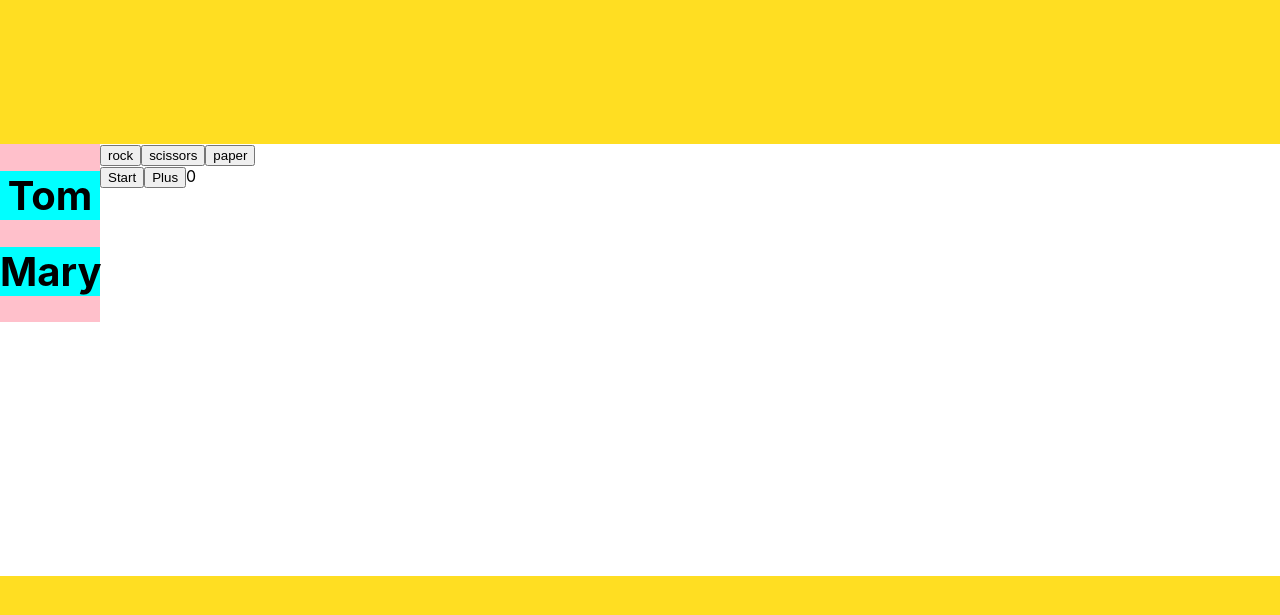
Repository: K009/Rock-Paper-Scissors
Page: /
An editor plug-in stored every save of this project. The page is shown before and after the next save, followed by the edit.
The browser window is 1280 px wide. The pictures show the whole page.
The project was rebuilt for these pictures with package versions that can differ from the ones it lists, and the page was loaded fresh each time.

Above is the page before, as saved 2020-05-13 08:47:35.

After the next save:
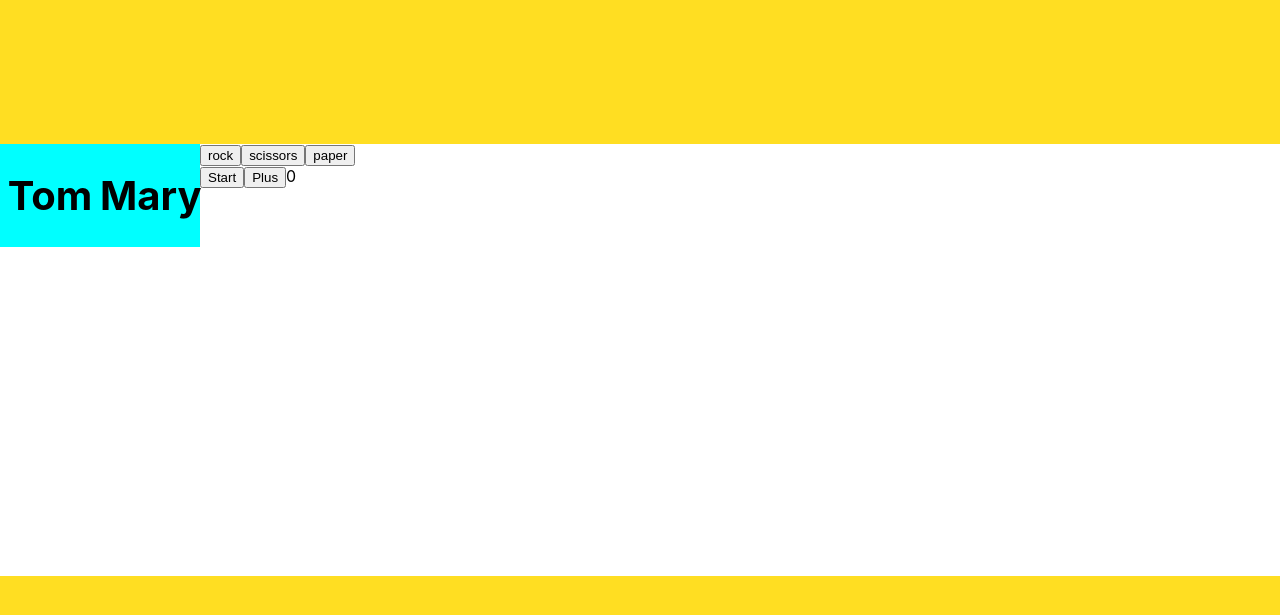
Saved 14 s later.
--- a/src/App.css
+++ b/src/App.css
@@ -14,7 +14,6 @@
 
 .Players {
   background-color: pink;
-  float: left;
 }
 footer {
   min-height: 20vh;
--- a/src/components/player.module.css
+++ b/src/components/player.module.css
@@ -3,4 +3,5 @@
   font-size: 20px;
   text-align: center;
   width: 100px;
+  float: left;
 }
